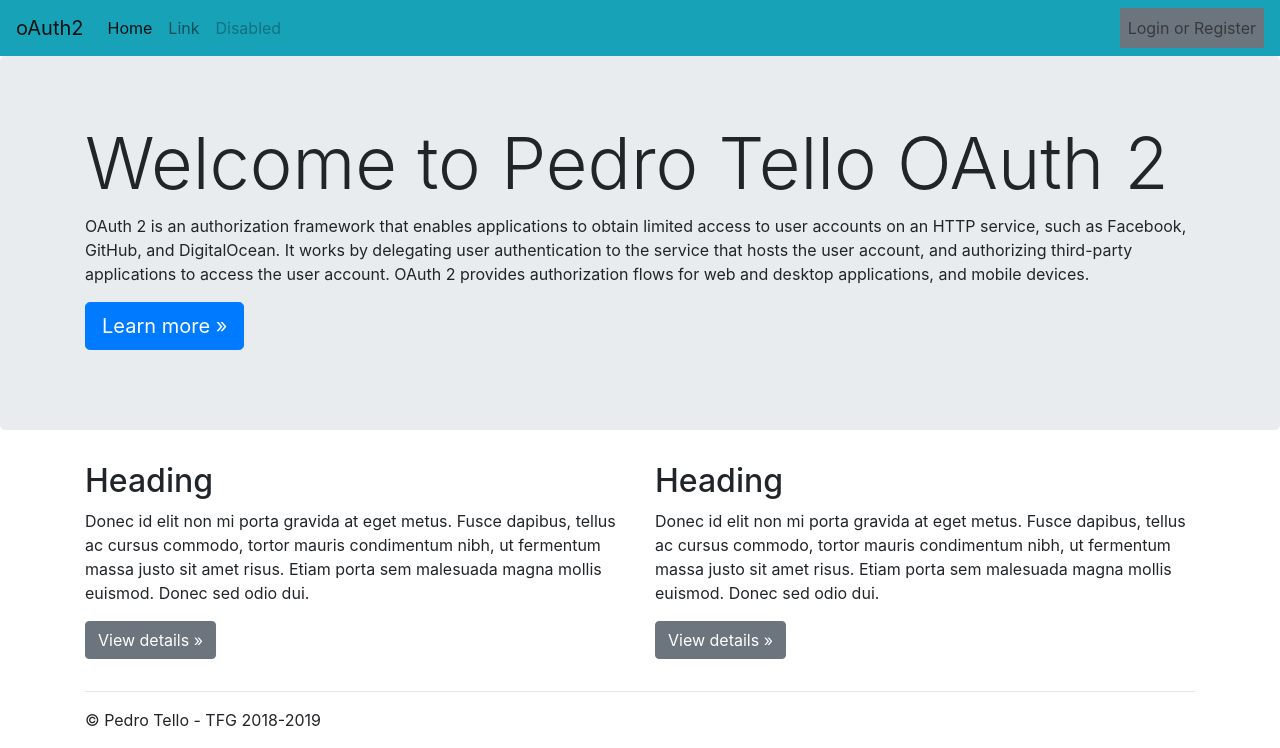
Repository: Xevit/eclipse-workspace
Page: AplicationOAuth2/src/main/webapp/index.html
These files come from the project's save history. The page is drawn as it stood at one moment and after the next save; the edit follows.
The browser window is 1280 px wide. The pictures show the whole page.
Some web libraries are served in a nearby version.

Above is the page before, as saved 2018-08-20 21:25:59.

### AplicationOAuth2/src/main/webapp/index.html
<!DOCTYPE html>
<html>
<head>
  <link href="css/bootstrap.min.css" rel="stylesheet">
    <!-- Custom styles for this template -->
    <link href="css/jumbotron.css" rel="stylesheet">
</head>
<body>
<nav class="navbar navbar-expand-md navbar-light fixed-top bg-info">
      <a class="navbar-brand" href="#">oAuth2</a>
      <button class="navbar-toggler" type="button" data-toggle="collapse" data-target="#navbarsExampleDefault" aria-controls="navbarsExampleDefault" aria-expanded="false" aria-label="Toggle navigation">
        <span class="navbar-toggler-icon"></span>
      </button>

      <div class="collapse navbar-collapse" id="navbarsExampleDefault">
        <ul class="navbar-nav mr-auto">
          <li class="nav-item active">
            <a class="nav-link" href="#">Home <span class="sr-only">(current)</span></a>
          </li>
          <li class="nav-item">
            <a class="nav-link" href="#">Link</a>
          </li>
          <li class="nav-item">
            <a class="nav-link disabled" href="#">Disabled</a>
          </li>
          <!--<li class="nav-item dropdown">
            <a class="nav-link dropdown-toggle" href="http://example.com" id="dropdown01" data-toggle="dropdown" aria-haspopup="true" aria-expanded="false">Dropdown</a>
            <div class="dropdown-menu" aria-labelledby="dropdown01">
              <a class="dropdown-item" href="#">Action</a>
              <a class="dropdown-item" href="#">Another action</a>
              <a class="dropdown-item" href="#">Something else here</a>
            </div>
          </li>-->
        </ul>
        <ul class="navbar-nav mr-right bg-secondary" >
          <li class="nav-item">
            <a class="nav-link" href="login.html">Login or Register</a>
          </li>
          <!--<input class="form-control mr-sm-2" type="text" placeholder="Search" aria-label="Search">-->
          <!--<button class="btn btn-outline-success my-2 my-sm-0" type="submit">Search</button>-->
         </ul>
      </div>
    </nav>

    <main role="main">

      <!-- Main jumbotron for a primary marketing message or call to action -->
      <div class="jumbotron">
        <div class="container">
          <h1 class="display-3">Welcome to Pedro Tello OAuth 2</h1>
          <p>OAuth 2 is an authorization framework that enables applications to obtain limited access to user accounts on an HTTP service, such as Facebook, GitHub, and DigitalOcean. It works by delegating user authentication to the service that hosts the user account, and authorizing third-party applications to access the user account. OAuth 2 provides authorization flows for web and desktop applications, and mobile devices.</p>
          <p><a class="btn btn-primary btn-lg" href="https://oauth.net/2/" role="button">Learn more &raquo;</a></p>
        </div>
      </div>

      <div class="container">
        <!-- Example row of columns -->
        <div class="row">
          <div class="col-md-6">
            <h2>Heading</h2>
            <p>Donec id elit non mi porta gravida at eget metus. Fusce dapibus, tellus ac cursus commodo, tortor mauris condimentum nibh, ut fermentum massa justo sit amet risus. Etiam porta sem malesuada magna mollis euismod. Donec sed odio dui. </p>
            <p><a class="btn btn-secondary" href="hello" role="button">View details &raquo;</a></p>
          </div>
          <div class="col-md-6">
            <h2>Heading</h2>
            <p>Donec id elit non mi porta gravida at eget metus. Fusce dapibus, tellus ac cursus commodo, tortor mauris condimentum nibh, ut fermentum massa justo sit amet risus. Etiam porta sem malesuada magna mollis euismod. Donec sed odio dui. </p>
            <p><a class="btn btn-secondary" href="bye" role="button">View details &raquo;</a></p>
          </div>

        </div>

        <hr>

      </div> <!-- /container -->

    </main>

    <footer class="container">
      <p>&copy; Pedro Tello - TFG 2018-2019</p>
    </footer>

	<script src="https://code.jquery.com/jquery-3.2.1.slim.min.js" integrity="sha384-KJ3o2DKtIkvYIK3UENzmM7KCkRr/rE9/Qpg6aAZGJwFDMVNA/GpGFF93hXpG5KkN" crossorigin="anonymous"></script>
    <script>window.jQuery || document.write('<script src="../../assets/js/vendor/jquery-slim.min.js"><\/script>')</script>
    <script src="js/popper.min.js"></script>
    <script src="js/bootstrap.min.js"></script>
    <script src="js/jquery.cookie.js"></script>
</body>
</html>

Loaded but not shown: AplicationOAuth2/src/main/webapp/css/bootstrap.min.css (library); AplicationOAuth2/src/main/webapp/css/jumbotron.css (common file); AplicationOAuth2/src/main/webapp/js/popper.min.js (library); AplicationOAuth2/src/main/webapp/js/bootstrap.min.js (library); AplicationOAuth2/src/main/webapp/js/jquery.cookie.js (library)

After the next save:
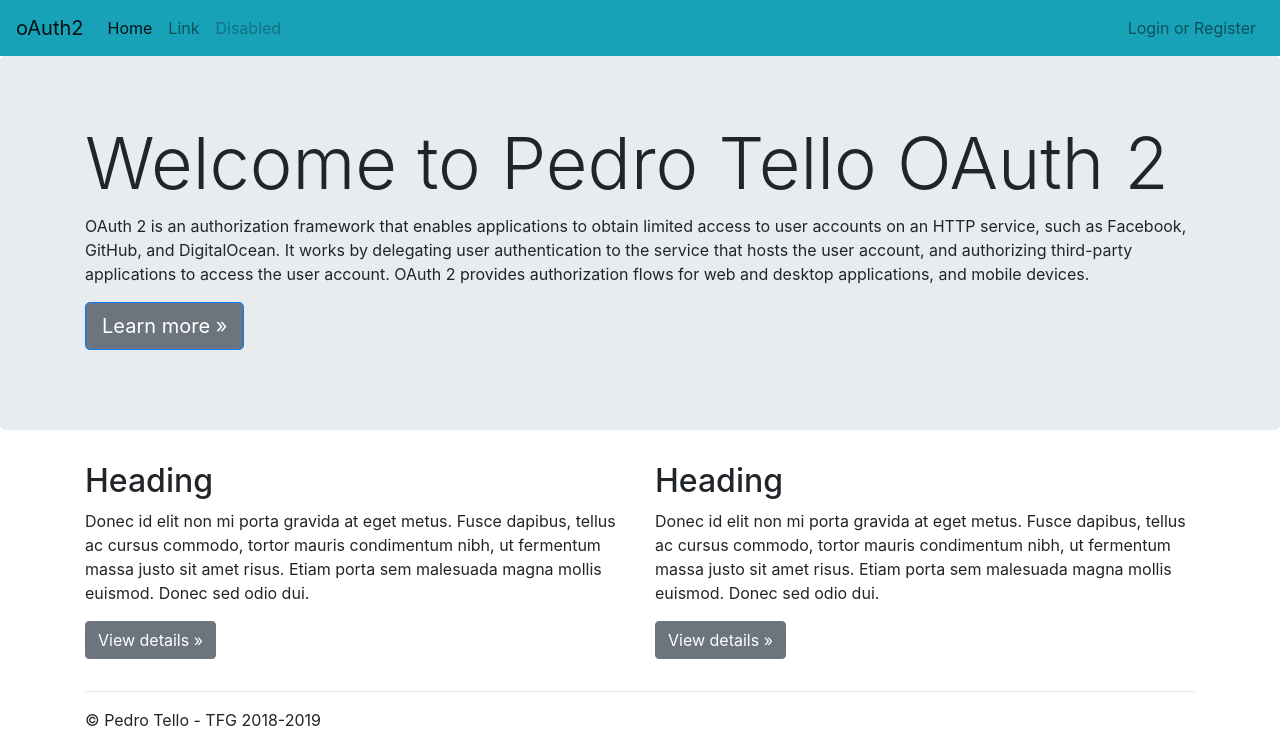
Saved 28 s later.
--- a/AplicationOAuth2/src/main/webapp/index.html
+++ b/AplicationOAuth2/src/main/webapp/index.html
@@ -32,7 +32,7 @@
             </div>
           </li>-->
         </ul>
-        <ul class="navbar-nav mr-right bg-secondary" >
+        <ul class="navbar-nav mr-right" >
           <li class="nav-item">
             <a class="nav-link" href="login.html">Login or Register</a>
           </li>
@@ -49,7 +49,7 @@
         <div class="container">
           <h1 class="display-3">Welcome to Pedro Tello OAuth 2</h1>
           <p>OAuth 2 is an authorization framework that enables applications to obtain limited access to user accounts on an HTTP service, such as Facebook, GitHub, and DigitalOcean. It works by delegating user authentication to the service that hosts the user account, and authorizing third-party applications to access the user account. OAuth 2 provides authorization flows for web and desktop applications, and mobile devices.</p>
-          <p><a class="btn btn-primary btn-lg" href="https://oauth.net/2/" role="button">Learn more &raquo;</a></p>
+          <p><a class="btn btn-primary btn-lg bg-secondary" href="https://oauth.net/2/" role="button">Learn more &raquo;</a></p>
         </div>
       </div>
 
